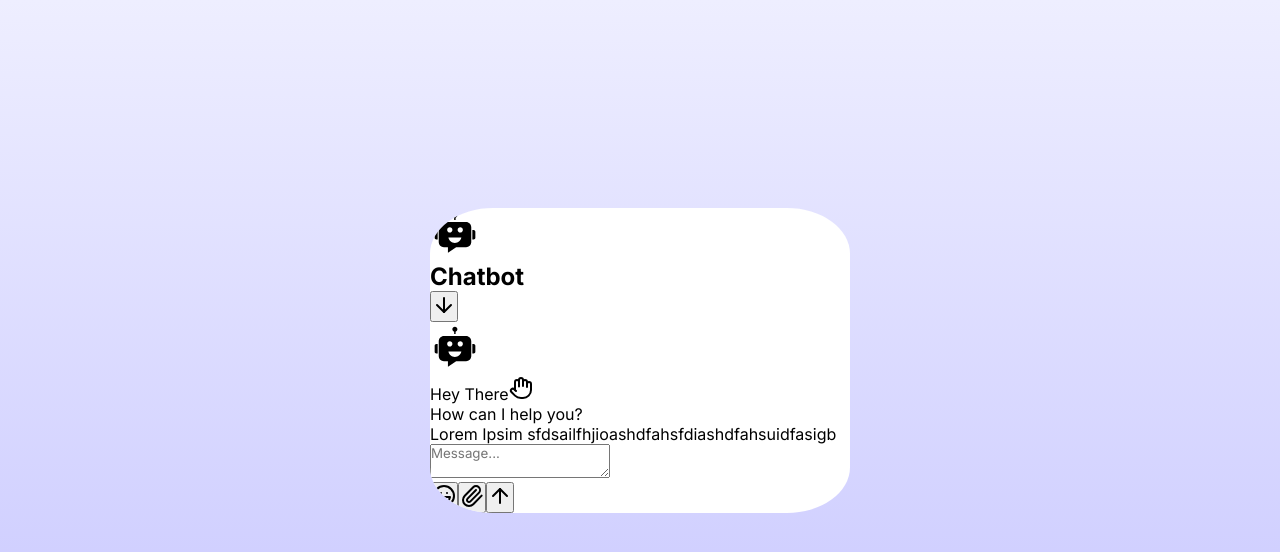
Repository: guilhermecardoso93/ai-bot
Page: /
These files come from the project's save history. The page is drawn as it stood at one moment and after the next save; the edit follows.
The browser window is 1280 px wide. The pictures show the whole page.
The project was rebuilt for these pictures with package versions that can differ from the ones it lists, and the page was loaded fresh each time. Also part of the build but not shown: vite.config.js.

Above is the page before, as saved 2024-11-11 20:15:07.

### index.html
<!doctype html>
<html lang="en">

<head>
    <meta charset="UTF-8" />
    <link rel="icon" type="image/svg+xml" href="/vite.svg" />
    <link rel="preconnect" href="https://fonts.googleapis.com">
    <link rel="preconnect" href="https://fonts.gstatic.com" crossorigin>
    <link href="https://fonts.googleapis.com/css2?family=Inter:ital,opsz,wght@0,14..32,100..900;1,14..32,100..900&family=Outfit:wght@100..900&display=swap" rel="stylesheet">
    <meta name="viewport" content="width=device-width, initial-scale=1.0" />
    <title>Ai ChatBot</title>
</head>

<body>
    <div id="root"></div>
    <script type="module" src="/src/main.jsx"></script>
</body>

</html>

### src/index.css
:root {
  font-synthesis: none;
  text-rendering: optimizeLegibility;
  -webkit-font-smoothing: antialiased;
  -moz-osx-font-smoothing: grayscale;
}

* {
  padding: 0;
  margin: 0;
  box-sizing: border-box;
  font-family: "Inter", serif;
  font-optical-sizing: auto;
  font-style: normal;
}

body {
  display: flex;
  align-items: center;
  justify-content: center;
  min-height: 100vh;
  background: linear-gradient(#eeeeff, #c8c7ff);
}

.chatbot-popup {
  width: 420px;
  background: #ffff;
  overflow: hidden;
  border-radius: 15%;
}

### src/App.jsx
import { Main } from "./components/Main";

export function App() {
  return (
    <>
      <Main />
    </>
  );
}

### src/components/Main.jsx
import { Hand, ArrowDown, Laugh, Paperclip, ArrowUp } from "lucide-react";
import Logo from "../assets/logo.svg";

export function Main() {
  return (
    <div className="chatbot-popup">
      {/* Header */}
      <div className="chat-header">
        <div className="header-info">
          <img src={Logo} alt="" />
          <h2 className="logo-text">Chatbot</h2>
        </div>
        <button className="material-symbols-rounded">
          <ArrowDown />
        </button>
      </div>

      {/* Body */}
      <div className="chat-body">
        <div className="message bot-message">
          <div className="message-text">
            <img src={Logo} alt="" />
            <p className="message-text">
              Hey There
              <Hand />
            </p>
            <p>How can I help you?</p>
          </div>
          <div className="message-user">
            <p className="message-text">
              Lorem Ipsim sfdsailfhjioashdfahsfdiashdfahsuidfasigb
            </p>
          </div>
        </div>
      </div>

      {/* Footer */}
      <div className="chat-footer">
        <form action="" className="chat-form">
          <textarea
            placeholder="Message..."
            className="message-input"
          ></textarea>
          <div className="chat-controls">
            <button type='button'className="material-symbols-rounded">
              <Laugh />
            </button>
            <button type='button'className="material-symbols-rounded">
              <Paperclip />
            </button>
            <button type='button'className="material-symbols-rounded">
              <ArrowUp />
            </button>
          </div>
        </form>
      </div>
    </div>
  );
}

Loaded but not shown: src/main.jsx (common file)

After the next save:
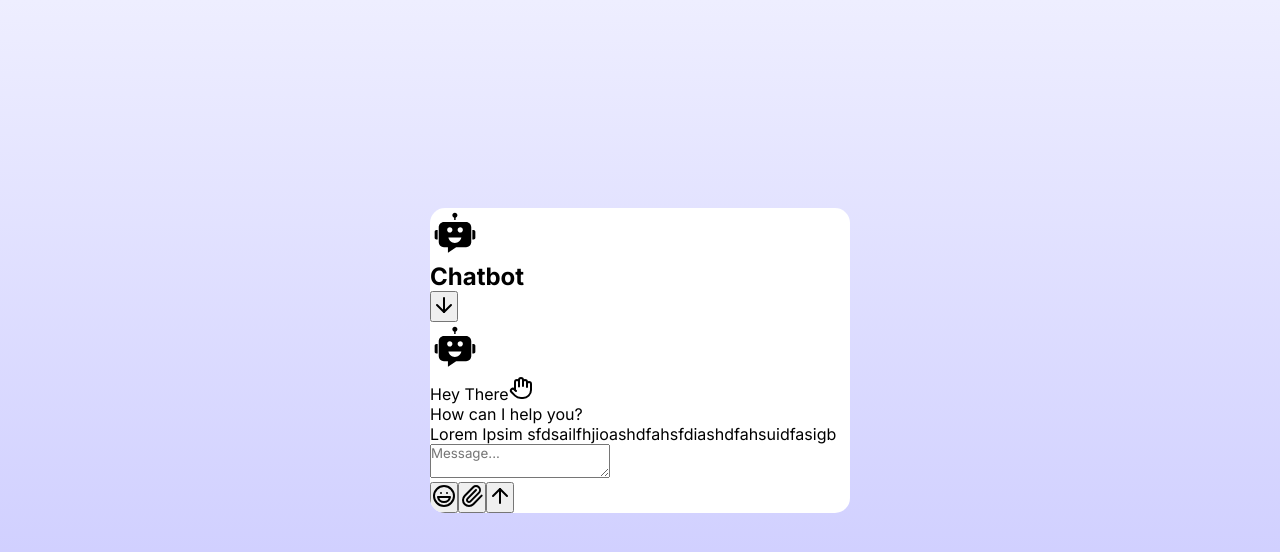
Saved 4 s later.
--- a/src/index.css
+++ b/src/index.css
@@ -26,5 +26,5 @@ body {
   width: 420px;
   background: #ffff;
   overflow: hidden;
-  border-radius: 15%;
+  border-radius: 15px;
 }
